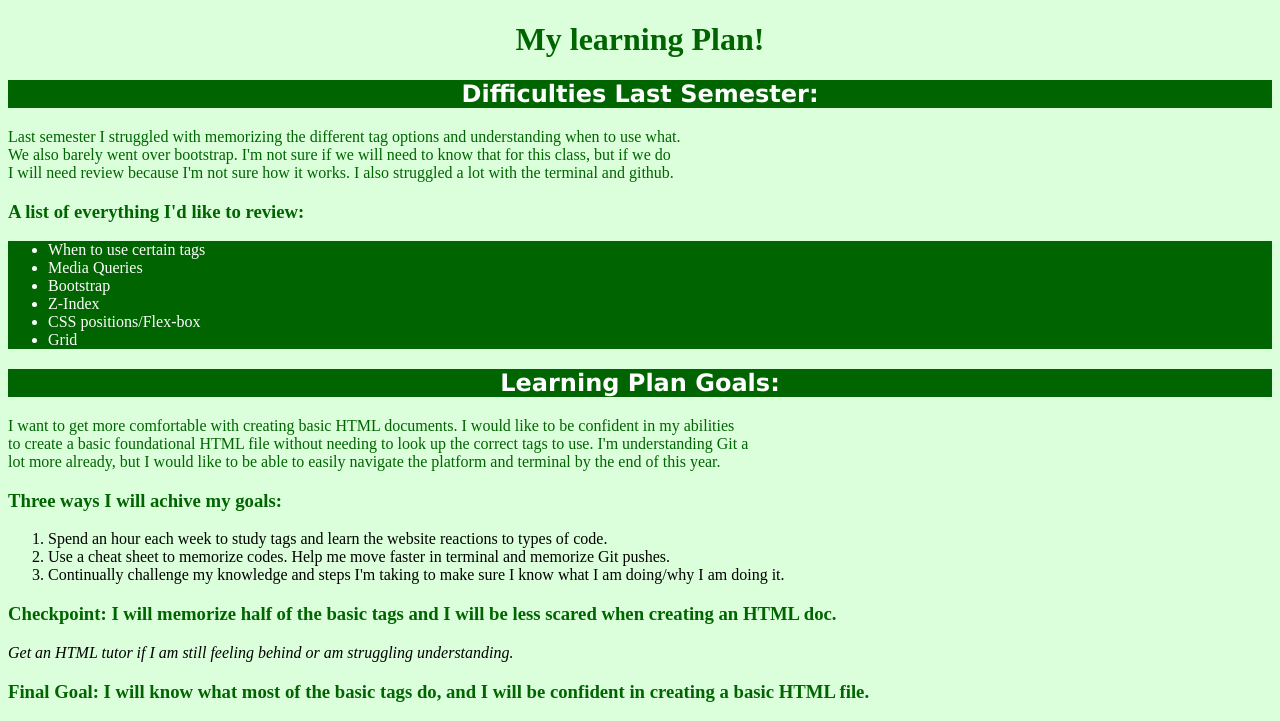
Repository: awollf/mdia-2109
Page: learning-plan.html
An editor plug-in stored every save of this project. The page is shown before and after the next save, followed by the edit.
The browser window is 1280 px wide. The pictures show the whole page.

Above is the page before, as saved 2026-02-02 11:26:00.

After the next save:
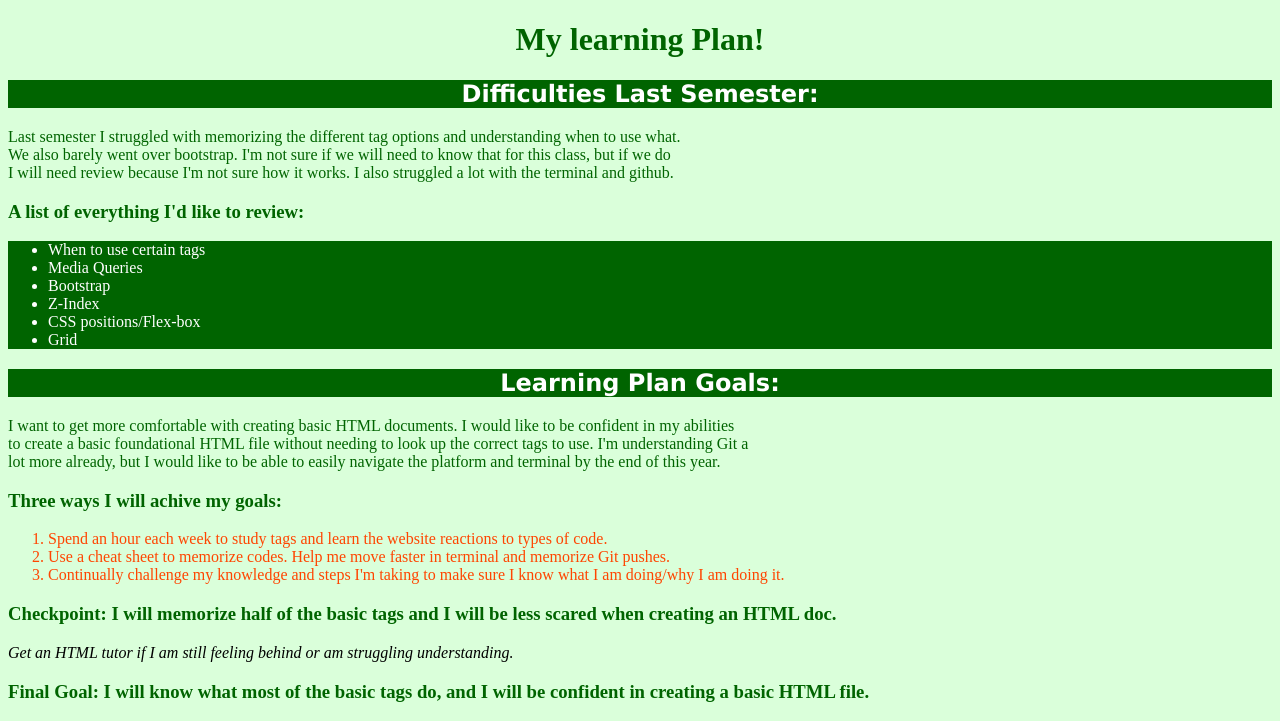
Saved 83 s later.
--- a/style.css
+++ b/style.css
@@ -35,3 +35,9 @@ ul {
     background-color: darkgreen;
     font-family: Lucinda Sans Regular;
 }
+
+ol {
+    text-align: left;
+    color: orangered;
+    font-family: Lucinda Sans Regular;
+}
